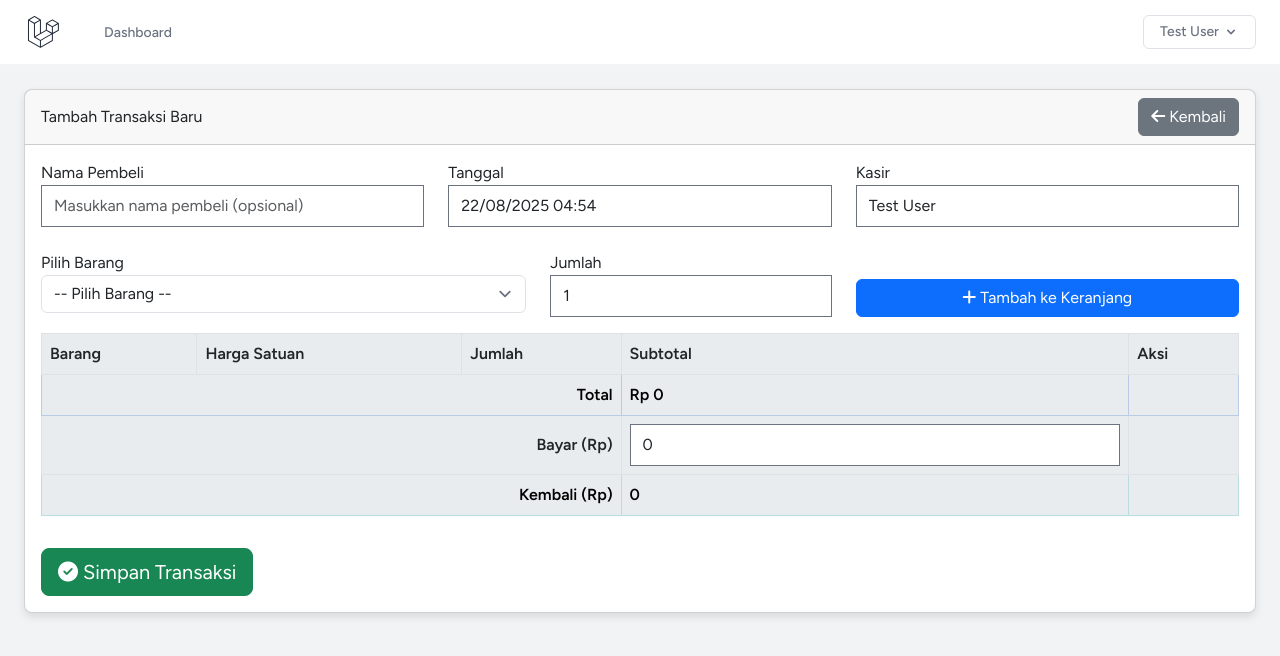
Repository: mufti-1448/kasir-app
Page: http://localhost/transaksis/create
An editor plug-in stored every save of this project. The page is shown before and after a run of saves, followed by the edit.
The browser window is 1280 px wide. The pictures show the whole page.
The page is served by the project's Laravel application, run on PHP 8.4 with Laravel 12. A made-up administrator, Test User (test@example.com), is signed in. Other server files are loaded and not shown. Style sheets and scripts are compiled from the project's sources, by tool versions that may differ from the author's. Queries for data that is not in the repository find no rows.

Above is the page before, as saved 2025-09-02 23:04:59.

### routes/web.php
<?php

use App\Http\Controllers\ProfileController;
use App\Http\Controllers\BarangController;
use Illuminate\Support\Facades\Route;
use App\Http\Controllers\TransaksiController;

Route::get('/', function () {
    return view('welcome');
});

Route::get('/dashboard', function () {
    return view('dashboard');
})->middleware(['auth', 'verified'])->name('dashboard');

Route::middleware('auth')->group(function () {
    // Profile routes
    Route::get('/profile', [ProfileController::class, 'edit'])->name('profile.edit');
    Route::patch('/profile', [ProfileController::class, 'update'])->name('profile.update');
    Route::delete('/profile', [ProfileController::class, 'destroy'])->name('profile.destroy');

    // Barang routes - menggunakan resource controller
    Route::resource('barangs', BarangController::class);

    // Alternatif: jika ingin mendefinisikan manual satu per satu
    // Route::get('/barangs', [BarangController::class, 'index'])->name('barangs.index');
    // Route::get('/barangs/create', [BarangController::class, 'create'])->name('barangs.create');
    // Route::post('/barangs', [BarangController::class, 'store'])->name('barangs.store');
    // Route::get('/barangs/{barang}', [BarangController::class, 'show'])->name('barangs.show');
    // Route::get('/barangs/{barang}/edit', [BarangController::class, 'edit'])->name('barangs.edit');
    // Route::put('/barangs/{barang}', [BarangController::class, 'update'])->name('barangs.update');
    // Route::delete('/barangs/{barang}', [BarangController::class, 'destroy'])->name('barangs.destroy');

    // Tambahkan di dalam middleware auth
    Route::resource('transaksis', TransaksiController::class);
    Route::post('transaksis/add-item', [TransaksiController::class, 'addItem'])->name('transaksis.addItem');
    Route::post('transaksis/remove-item', [TransaksiController::class, 'removeItem'])->name('transaksis.removeItem');
    Route::post('transaksis/process-payment', [TransaksiController::class, 'processPayment'])->name('transaksis.processPayment');
});

require __DIR__ . '/auth.php';

### app/Models/Barang.php
<?php

namespace App\Models;

use Illuminate\Database\Eloquent\Factories\HasFactory;
use Illuminate\Database\Eloquent\Model;
use Illuminate\Database\Eloquent\SoftDeletes;

class Barang extends Model
{
    use HasFactory, SoftDeletes;

    protected $table = 'barangs'; // <- Pastikan ini 'barangs'

    protected $fillable = [
        'nama',
        'kategori',
        'harga_beli',
        'harga_jual',
        'stok',
        'satuan'
    ];
}

### resources/views/transaksis/create.blade.php
@extends('layouts.app')

@section('title', 'Tambah Transaksi Baru')

@section('content')
    <div class="container-fluid">
        <div class="row">
            <div class="col-md-12">
                <div class="card">
                    <div class="card-header d-flex justify-content-between align-items-center">
                        <h5 class="mb-0">Tambah Transaksi Baru</h5>
                        <a href="{{ route('transaksis.index') }}" class="btn btn-secondary">
                            <i class="fas fa-arrow-left"></i> Kembali
                        </a>
                    </div>
                    <div class="card-body">
                        <form id="form-transaksi" method="POST" action="{{ route('transaksis.store') }}">
                            @csrf

                            <!-- Informasi Transaksi & Nama Pembeli -->
                            <div class="row mb-4">
                                <div class="col-md-4">
                                    <div class="form-group">
                                        <label for="nama_pembeli">Nama Pembeli</label>
                                        <input type="text" name="nama_pembeli" id="nama_pembeli" class="form-control"
                                            placeholder="Masukkan nama pembeli (opsional)"
                                            value="{{ old('nama_pembeli') }}">
                                    </div>
                                </div>
                                <div class="col-md-4">
                                    <div class="form-group">
                                        <label for="tanggal">Tanggal</label>
                                        <input type="text" class="form-control" value="{{ now()->format('d/m/Y H:i') }}"
                                            readonly>
                                    </div>
                                </div>
                                <div class="col-md-4">
                                    <div class="form-group">
                                        <label for="kasir">Kasir</label>
                                        <input type="text" class="form-control" value="{{ auth()->user()->name }}"
                                            readonly>
                                    </div>
                                </div>
                            </div>

                            <!-- Pilih Barang -->
                            <div class="row mb-3">
                                <div class="col-md-5">
                                    <label for="barang_id">Pilih Barang</label>
                                    <select id="barang_id" class="form-control">
                                        <option value="">-- Pilih Barang --</option>
                                        @foreach ($barangs as $barang)
                                            <option value="{{ $barang->id }}" data-harga="{{ $barang->harga_jual }}"
                                                data-nama="{{ $barang->nama }}" data-stok="{{ $barang->stok }}"
                                                data-kode="{{ $barang->kode }}">
                                                {{ $barang->kode }} - {{ $barang->nama }} (Stok: {{ $barang->stok }}) -
                                                Rp {{ number_format($barang->harga_jual, 0, ',', '.') }}
                                            </option>
                                        @endforeach
                                    </select>
                                    <small class="text-muted" id="stok-info"></small>
                                </div>
                                <div class="col-md-3">
                                    <label for="jumlah">Jumlah</label>
                                    <input type="number" id="jumlah" class="form-control" min="1" value="1">
                                </div>
                                <div class="col-md-4 d-flex align-items-end">
                                    <button type="button" id="btn-tambah" class="btn btn-primary w-100">
                                        <i class="fas fa-plus"></i> Tambah ke Keranjang
                                    </button>
                                </div>
                            </div>

                            <!-- Tabel Transaksi -->
                            <div class="table-responsive mb-3">
                                <table class="table table-bordered table-hover" id="tabel-transaksi">
                                    <thead class="thead-light">
                                        <tr>
                                            <th>Barang</th>
                                            <th>Harga Satuan</th>
                                            <th>Jumlah</th>
                                            <th>Subtotal</th>
                                            <th>Aksi</th>
                                        </tr>
                                    </thead>
                                    <tbody>
                                        <!-- Items akan ditambahkan di sini via JavaScript -->
                                    </tbody>
                                    <tfoot>
                                        <tr class="table-primary">
                                            <th colspan="3" class="text-end">Total</th>
                                            <th id="total">Rp 0</th>
                                            <th></th>
                                        </tr>
                                        <tr>
                                            <th colspan="3" class="text-end">Bayar (Rp)</th>
                                            <th>
                                                <input type="number" name="bayar" id="bayar" class="form-control"
                                                    min="0" required value="{{ old('bayar', 0) }}">
                                            </th>
                                            <th></th>
                                        </tr>
                                        <tr class="table-info">
                                            <th colspan="3" class="text-end">Kembali (Rp)</th>
                                            <th id="kembali">0</th>
                                            <th></th>
                                        </tr>
                                    </tfoot>
                                </table>
                            </div>

                            <button type="submit" class="btn btn-success btn-lg">
                                <i class="fas fa-check-circle"></i> Simpan Transaksi
                            </button>
                        </form>
                    </div>
                </div>
            </div>
        </div>
    </div>
@endsection

@section('scripts')
    <script>
        document.addEventListener('DOMContentLoaded', function() {
            const barangSelect = document.getElementById('barang_id');
            const jumlahInput = document.getElementById('jumlah');
            const btnTambah = document.getElementById('btn-tambah');
            const tabelBody = document.querySelector('#tabel-transaksi tbody');
            const totalEl = document.getElementById('total');
            const bayarEl = document.getElementById('bayar');
            const kembaliEl = document.getElementById('kembali');
            const stokInfo = document.getElementById('stok-info');
            const form = document.getElementById('form-transaksi');

            let items = [];

            // Tampilkan info stok saat barang dipilih
            barangSelect.addEventListener('change', function() {
                if (this.value) {
                    const selectedOption = this.options[this.selectedIndex];
                    const stok = parseInt(selectedOption.getAttribute('data-stok'));
                    stokInfo.textContent = `Stok tersedia: ${stok}`;
                    stokInfo.className = 'text-muted';
                    jumlahInput.setAttribute('max', stok);
                } else {
                    stokInfo.textContent = '';
                }
            });

            // Format Rupiah
            function formatRupiah(angka) {
                return new Intl.NumberFormat('id-ID').format(angka);
            }

            // Update total dan kembalian
            function updateTotal() {
                let total = items.reduce((sum, item) => sum + item.harga * item.jumlah, 0);
                totalEl.textContent = 'Rp ' + formatRupiah(total);

                const bayar = parseFloat(bayarEl.value) || 0;
                const kembali = bayar - total;
                kembaliEl.textContent = formatRupiah(kembali > 0 ? kembali : 0);

                // Validasi bayar
                if (bayar < total) {
                    bayarEl.classList.add('is-invalid');
                    kembaliEl.parentElement.classList.add('table-danger');
                } else {
                    bayarEl.classList.remove('is-invalid');
                    kembaliEl.parentElement.classList.remove('table-danger');
                }
            }

            // Tambah item ke keranjang
            btnTambah.addEventListener('click', function() {
                if (!barangSelect.value) {
                    alert('Pilih barang terlebih dahulu');
                    return;
                }

                const selectedOption = barangSelect.options[barangSelect.selectedIndex];
                const barangId = barangSelect.value;
                const nama = selectedOption.getAttribute('data-nama');
                const kode = selectedOption.getAttribute('data-kode');
                const harga = parseFloat(selectedOption.getAttribute('data-harga'));
                const stok = parseInt(selectedOption.getAttribute('data-stok'));
                const jumlah = parseInt(jumlahInput.value);

                if (isNaN(jumlah) || jumlah < 1) {
                    alert('Jumlah harus minimal 1');
                    return;
                }

                if (jumlah > stok) {
                    alert(`Stok tidak cukup. Stok tersedia: ${stok}`);
                    return;
                }

                // Cek apakah barang sudah ada di keranjang
                const existingItem = items.find(item => item.barangId === barangId);

                if (existingItem) {
                    const newJumlah = existingItem.jumlah + jumlah;
                    if (newJumlah > stok) {
                        alert(`Stok tidak cukup untuk menambah jumlah. Stok tersedia: ${stok}`);
                        return;
                    }
                    existingItem.jumlah = newJumlah;

                    // Update tabel
                    const row = tabelBody.querySelector(`tr[data-barang-id="${barangId}"]`);
                    row.cells[2].textContent = newJumlah;
                    row.cells[3].textContent = 'Rp ' + formatRupiah(newJumlah * harga);
                } else {
                    const newItem = {
                        barangId,
                        kode,
                        nama,
                        harga,
                        jumlah
                    };
                    items.push(newItem);

                    const newRow = tabelBody.insertRow();
                    newRow.setAttribute('data-barang-id', barangId);
                    newRow.innerHTML = `
                <td>${kode} - ${nama}</td>
                <td>Rp ${formatRupiah(harga)}</td>
                <td>${jumlah}</td>
                <td>Rp ${formatRupiah(harga * jumlah)}</td>
                <td>
                    <button type="button" class="btn btn-sm btn-danger btn-hapus">
                        <i class="fas fa-trash"></i>
                    </button>
                </td>
            `;

                    // Hapus item
                    const btnHapus = newRow.querySelector('.btn-hapus');
                    btnHapus.addEventListener('click', function() {
                        items = items.filter(item => item.barangId !== barangId);
                        newRow.remove();
                        updateTotal();
                    });
                }

                updateTotal();
                jumlahInput.value = 1;
            });

            // Hitung kembalian saat bayar berubah
            bayarEl.addEventListener('input', updateTotal);

            // Validasi form sebelum submit
            form.addEventListener('submit', function(e) {
                if (items.length === 0) {
                    e.preventDefault();
                    alert('Tambahkan minimal satu item ke keranjang');
                    return;
                }

                const total = items.reduce((sum, item) => sum + item.harga * item.jumlah, 0);
                const bayar = parseFloat(bayarEl.value) || 0;
                if (bayar < total) {
                    e.preventDefault();
                    alert('Jumlah pembayaran kurang dari total transaksi');
                    return;
                }

                // Tambahkan input hidden untuk setiap item
                items.forEach((item, index) => {
                    const inputBarangId = document.createElement('input');
                    inputBarangId.type = 'hidden';
                    inputBarangId.name = `items[${index}][barang_id]`;
                    inputBarangId.value = item.barangId;
                    form.appendChild(inputBarangId);

                    const inputJumlah = document.createElement('input');
                    inputJumlah.type = 'hidden';
                    inputJumlah.name = `items[${index}][jumlah]`;
                    inputJumlah.value = item.jumlah;
                    form.appendChild(inputJumlah);

                    const inputHarga = document.createElement('input');
                    inputHarga.type = 'hidden';
                    inputHarga.name = `items[${index}][harga_satuan]`;
                    inputHarga.value = item.harga;
                    form.appendChild(inputHarga);
                });
            });

            // Inisialisasi
            updateTotal();
        });
    </script>
@endsection


@section('styles')
    <style>
        .table th {
            vertical-align: middle;
        }

        #stok-info {
            display: block;
            margin-top: 5px;
        }

        .is-invalid {
            border-color: #dc3545;
        }
    </style>
@endsection

### resources/views/layouts/app.blade.php
<!DOCTYPE html>
<html lang="{{ str_replace('_', '-', app()->getLocale()) }}">
<head>
    <meta charset="utf-8">
    <meta name="viewport" content="width=device-width, initial-scale=1">
    <meta name="csrf-token" content="{{ csrf_token() }}">

    <title>{{ config('app.name', 'Laravel') }}</title>

    <!-- Fonts -->
    <link rel="preconnect" href="https://fonts.bunny.net">
    <link href="https://fonts.bunny.net/css?family=figtree:400,500,600&display=swap" rel="stylesheet">

    <!-- Bootstrap CSS -->
    <link href="https://cdn.jsdelivr.net/npm/bootstrap@5.3.0/dist/css/bootstrap.min.css" rel="stylesheet">

    <!-- Font Awesome -->
    <link rel="stylesheet" href="https://cdnjs.cloudflare.com/ajax/libs/font-awesome/6.4.0/css/all.min.css">

    <!-- App CSS -->
    @vite(['resources/css/app.css', 'resources/js/app.js'])

    <!-- Custom Styles -->
    <style>
        body {
            font-family: 'Figtree', sans-serif;
            background-color: #f1f3f5;
        }

        .card {
            box-shadow: 0 0.25rem 0.5rem rgba(0,0,0,0.1);
            border-radius: 0.5rem;
            transition: transform 0.2s;
        }
        .card:hover {
            transform: translateY(-5px);
        }

        .table th {
            background-color: #e9ecef;
        }

        header.bg-white {
            background-color: #ffffff !important;
        }

        .btn-delete {
            color: #fff;
            background-color: #dc3545;
            border: none;
        }
        .btn-delete:hover {
            background-color: #c82333;
        }
    </style>
</head>
<body>
    <div class="min-vh-100 d-flex flex-column">
        <!-- Navigation -->
        @include('layouts.navigation')

        <!-- Page Heading -->
        @if (isset($header))
            <header class="bg-white shadow-sm">
                <div class="container py-4 px-3">
                    {{ $header }}
                </div>
            </header>
        @endif

        <!-- Page Content -->
        <main class="flex-grow-1 container my-4">
            @yield('content')
        </main>
    </div>

    <!-- Bootstrap JS -->
    <script src="https://cdn.jsdelivr.net/npm/bootstrap@5.3.0/dist/js/bootstrap.bundle.min.js"></script>

    @yield('scripts')
    <!-- Script Konfirmasi -->
    <script>
        document.addEventListener('DOMContentLoaded', function() {
            document.querySelectorAll('.btn-delete').forEach(button => {
                button.addEventListener('click', function(e) {
                    if(!confirm('Apakah Anda yakin ingin menghapus data ini?')) {
                        e.preventDefault();
                    }
                });
            });
        });
    </script>

</body>
</html>

Loaded but not shown: routes/auth.php (common file); app/Http/Controllers/Auth/EmailVerificationPromptController.php (common file); app/Http/Controllers/Controller.php (common file); app/Http/Controllers/Auth/VerifyEmailController.php (common file); app/Models/User.php (common file); resources/views/layouts/navigation.blade.php (common file); resources/views/components/application-logo.blade.php (common file); resources/views/components/nav-link.blade.php (common file); resources/views/components/dropdown-link.blade.php (common file); resources/views/components/dropdown.blade.php (common file); resources/views/components/responsive-nav-link.blade.php (common file); resources/css/app.css (common file); tailwind.config.js (common file); resources/js/app.js (common file); resources/js/bootstrap.js (common file); app/Http/Controllers/TransaksiController.php (184 lines, source omitted)

After the next 4 saves:
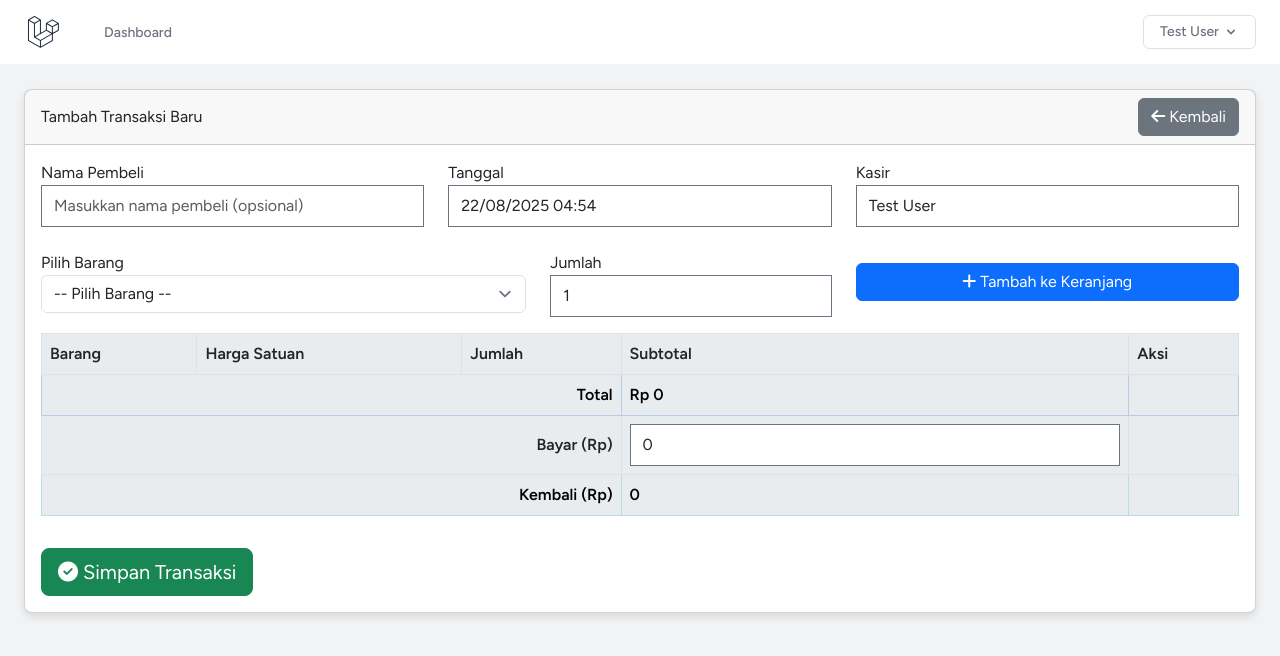
The 4 saves are shown as one change because they came seconds apart.
The last was saved 7 min 2 s later.
--- a/resources/views/transaksis/create.blade.php
+++ b/resources/views/transaksis/create.blade.php
@@ -64,7 +64,7 @@
                                     <label for="jumlah">Jumlah</label>
                                     <input type="number" id="jumlah" class="form-control" min="1" value="1">
                                 </div>
-                                <div class="col-md-4 d-flex align-items-end">
+                                <div class="col-md-4 d-flex align-items-end pb-3">
                                     <button type="button" id="btn-tambah" class="btn btn-primary w-100">
                                         <i class="fas fa-plus"></i> Tambah ke Keranjang
                                     </button>
